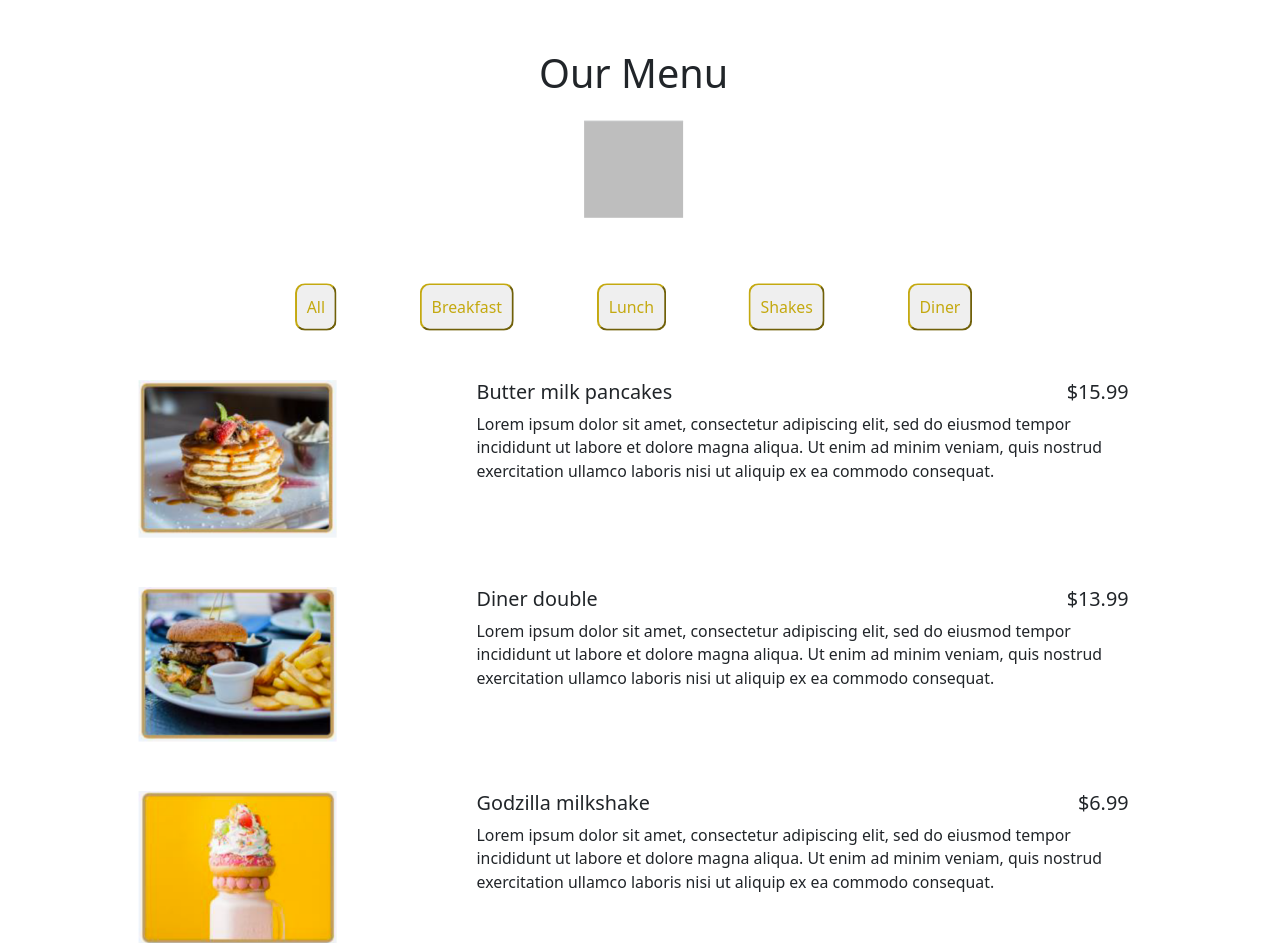
Repository: Sarah7223/internet-programming-tp
Page: TP4/TP04.2.html
The author's editor kept a copy of each file at every save. The page is drawn from the files as they stood at one save, then again after the next save.
The browser window is 1280 px wide. The pictures show the whole page, at 99% of full size.

Above is the page before, as saved 2023-01-31 22:53:00.

After the next save:
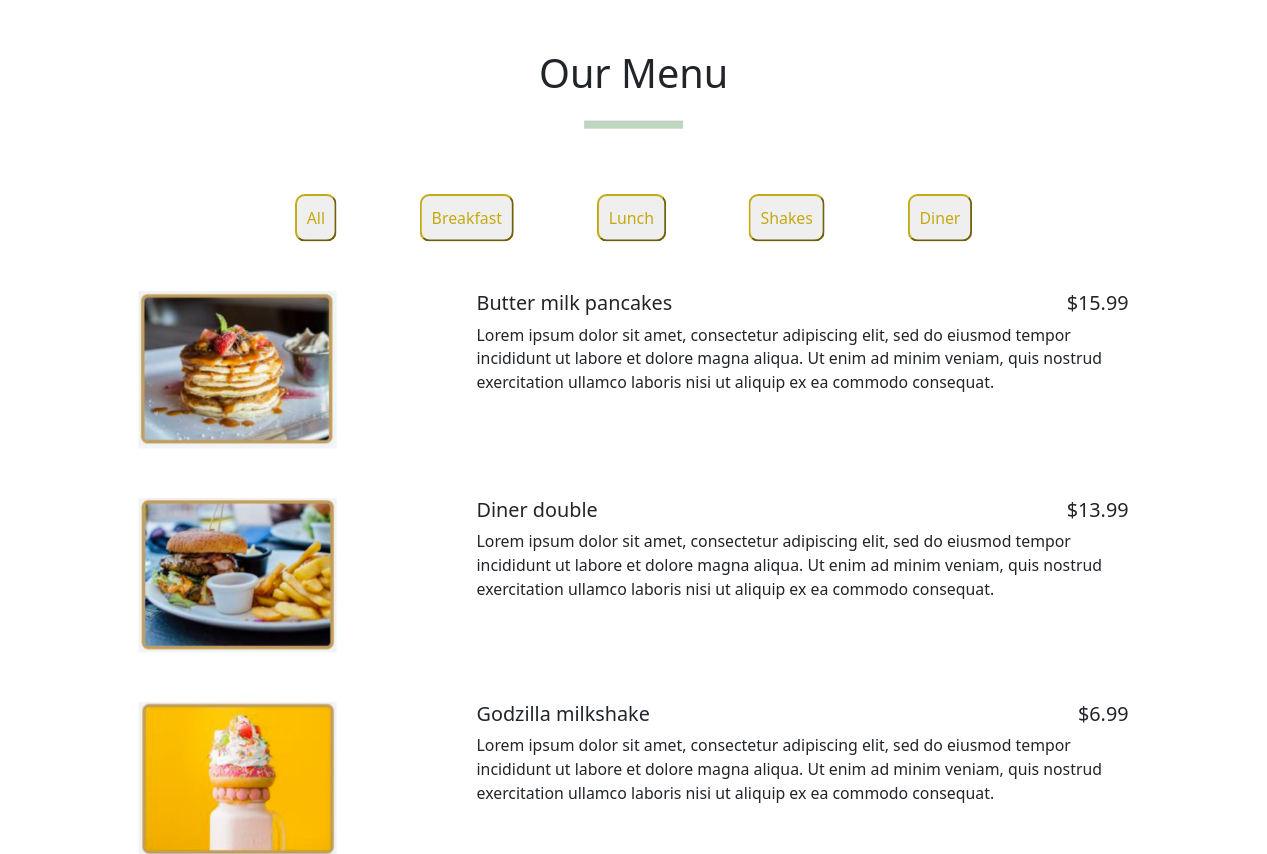
Saved 25 s later.
--- a/TP4/TP04.2.html
+++ b/TP4/TP04.2.html
@@ -52,7 +52,7 @@
   <body>
     <div class="background">
         <h1> Our Menu </h1>
-        <hr align="center" width="100" size="100" color="black">
+        <hr align="center" width="100" size="10" color="rgb(196, 169, 16)">
         <div class="buttons">
             <button >All</button>
             <button>Breakfast</button>
